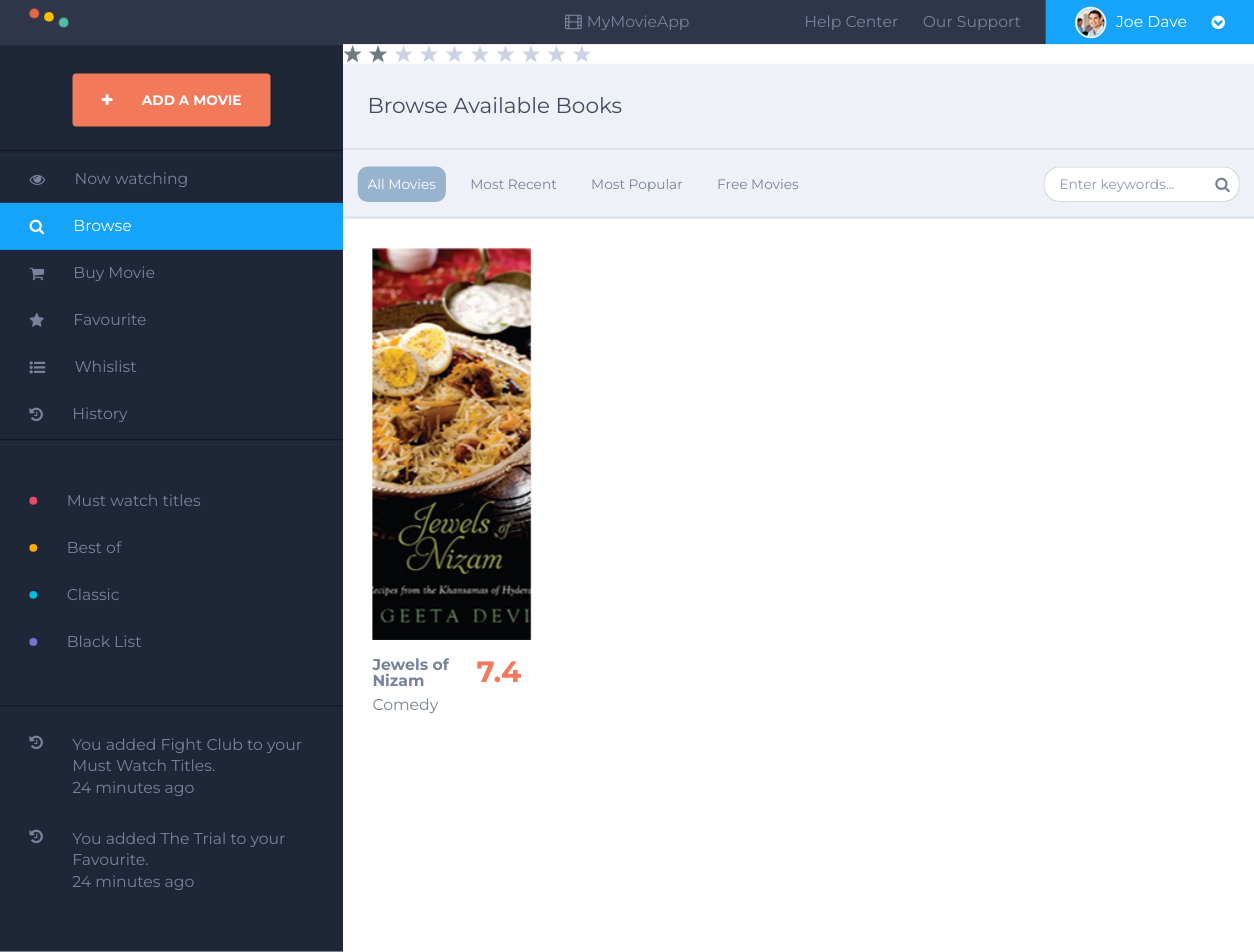
Repository: zyng/movie
Page: /
The author's editor kept a copy of each file at every save. The page is drawn from the files as they stood at one save, then again after the next save.
The browser window is 1280 px wide. The pictures show the whole page, at 98% of full size.
Some web libraries are served in a nearby version. The project was rebuilt for these pictures with package versions that can differ from the ones it lists, and the page was loaded fresh each time.

Above is the page before, as saved 2019-01-17 02:26:03.

### public/index.html
<!DOCTYPE html>
<html lang="en">

<head>
  <meta charset="UTF-8">
  <meta name="viewport" content="width=device-width, initial-scale=1.0">
  <meta http-equiv="X-UA-Compatible" content="ie=edge">
  <title>Document</title>
  <!-- <link rel="stylesheet" href="https://maxcdn.bootstrapcdn.com/bootstrap/4.0.0/css/bootstrap.min.css" integrity="sha384-Gn5384xqQ1aoWXA+058RXPxPg6fy4IWvTNh0E263XmFcJlSAwiGgFAW/dAiS6JXm"
    crossorigin="anonymous"> -->

  <link href="https://fonts.googleapis.com/css?family=Montserrat:400,700&amp;subset=latin-ext" rel="stylesheet">

</head>

<body>
  <div id="root"></div>





  <script src="https://code.jquery.com/jquery-3.2.1.slim.min.js" integrity="sha384-KJ3o2DKtIkvYIK3UENzmM7KCkRr/rE9/Qpg6aAZGJwFDMVNA/GpGFF93hXpG5KkN"
    crossorigin="anonymous"></script>
  <script src="https://cdnjs.cloudflare.com/ajax/libs/popper.js/1.12.9/umd/popper.min.js" integrity="sha384-ApNbgh9B+Y1QKtv3Rn7W3mgPxhU9K/ScQsAP7hUibX39j7fakFPskvXusvfa0b4Q"
    crossorigin="anonymous"></script>
  <script src="https://maxcdn.bootstrapcdn.com/bootstrap/4.0.0/js/bootstrap.min.js" integrity="sha384-JZR6Spejh4U02d8jOt6vLEHfe/JQGiRRSQQxSfFWpi1MquVdAyjUar5+76PVCmYl"
    crossorigin="anonymous"></script>
</body>

</html>

### src/index.js
import React from 'react';
import ReactDOM from 'react-dom';
import App from './components/App';
import 'bootstrap/dist/css/bootstrap.min.css';
import './css/style.css';
import 'font-awesome/css/font-awesome.min.css';
import * as serviceWorker from './serviceWorker';

ReactDOM.render(<App />, document.getElementById('root'));

serviceWorker.unregister();

### src/components/App.js
import React, { Component } from 'react';

import Header from './Header/Header';
import Navigation from './Navigation/Navigation';
import MainContent from './Main/Main';


class App extends Component {


  render() {
    return (
      <>
        <Header />

        <main>
          <Navigation />
          <MainContent />
        </main>

      </>
    );
  }
}

export default App;

### src/css/style.css
/* http://meyerweb.com/eric/tools/css/reset/
   v2.0 | 20110126
   License: none (public domain)
*/
html, body, div, span, applet, object, iframe, h1, h2, h3, h4, h5, h6, p, blockquote, pre, a, abbr, acronym, address, big, cite, code, del, dfn, em, img, ins, kbd, q, s, samp, small, strike, strong, sub, sup, tt, var, b, u, i, center, dl, dt, dd, ol, ul, li, fieldset, form, label, legend, table, caption, tbody, tfoot, thead, tr, th, td, article, aside, canvas, details, embed, figure, figcaption, footer, header, hgroup, menu, nav, output, ruby, section, summary, time, mark, audio, video { margin: 0; padding: 0; border: 0; font-size: 100%; font: inherit; vertical-align: baseline; }

/* HTML5 display-role reset for older browsers */
article, aside, details, figcaption, figure, footer, header, hgroup, menu, nav, section { display: block; }

body { line-height: 1; }

ol, ul { list-style: none; }

blockquote, q { quotes: none; }

blockquote:before, blockquote:after { content: ''; content: none; }

q:before, q:after { content: ''; content: none; }

table { border-collapse: collapse; border-spacing: 0; }

.header { display: -webkit-box; display: -ms-flexbox; display: flex; height: 45px; background-color: #2f364a; -webkit-box-align: center; -ms-flex-align: center; align-items: center; }

.header__logo { position: absolute; left: 30px; display: -webkit-box; display: -ms-flexbox; display: flex; }

.header__logo div { width: 10px; height: 10px; border-radius: 5px; -webkit-animation: jump .6s infinite; animation: jump .6s infinite; }

.header__logo div:not(:last-child) { margin-right: 5px; }

.header__logo .header__logo--red { background-color: #e76847; }

.header__logo .header__logo--yellow { background-color: #fabf00; -webkit-animation-delay: .1s; animation-delay: .1s; }

.header__logo .header__logo--green { background-color: #52bea6; -webkit-animation-delay: .2s; animation-delay: .2s; }

.header__title { position: absolute; left: 50%; -webkit-transform: translateX(-50%); -ms-transform: translateX(-50%); transform: translateX(-50%); }

.header__title i { margin-right: 5px; }

.header__title i:before { font-size: 16px; }

@media screen and (max-width: 1279px) { .header__title { position: static; margin-left: 140px; } }

.header__nav { position: absolute; right: 0; display: -webkit-box; display: -ms-flexbox; display: flex; -webkit-box-align: center; -ms-flex-align: center; align-items: center; }

.header__nav a { text-decoration: none; }

.header__nav > a { color: #78829d; position: relative; }

.header__nav > a:hover::after { content: ''; position: absolute; top: 50%; -webkit-transform: translateY(-50%); -ms-transform: translateY(-50%); transform: translateY(-50%); right: -15px; width: 8px; height: 8px; border-radius: 50%; background-color: rgba(25, 32, 46, 0.7); }

.header__nav .profile { padding: 0 30px; background-color: #15a4fa; height: 45px; display: -webkit-box; display: -ms-flexbox; display: flex; -webkit-box-align: center; -ms-flex-align: center; align-items: center; }

.header__nav .profile a { display: -webkit-box; display: -ms-flexbox; display: flex; -webkit-box-align: center; -ms-flex-align: center; align-items: center; }

.header__nav .profile__logo { width: 32px; height: 32px; border-radius: 16px; border: 2px solid #eef1f7; margin-right: 10px; }

.header__nav .profile__logo img { -o-object-fit: cover; object-fit: cover; width: 100%; height: 100%; border-radius: 50%; }

.header__nav .profile__name { color: #fff; }

.header__nav .profile i { margin-left: 25px; color: #fff; }

.header__nav > a { margin-right: 25px; }

@-webkit-keyframes jump { 0% { -webkit-transform: translateY(0); transform: translateY(0); }
  50% { -webkit-transform: translateY(-10px); transform: translateY(-10px); }
  100% { -webkit-transform: translateY(0); transform: translateY(0); } }

@keyframes jump { 0% { -webkit-transform: translateY(0); transform: translateY(0); }
  50% { -webkit-transform: translateY(-10px); transform: translateY(-10px); }
  100% { -webkit-transform: translateY(0); transform: translateY(0); } }

.menu { left: 0; background-color: #1f2637; min-height: 100vh; max-width: 350px; }

.menu__new-movie { display: -webkit-box; display: -ms-flexbox; display: flex; -webkit-box-pack: center; -ms-flex-pack: center; justify-content: center; -webkit-box-align: center; -ms-flex-align: center; align-items: center; padding: 30px 0; position: relative; }

.menu__new-movie button { min-width: 200px; padding: 20px 30px; border-radius: 4px; background-color: #f2795a; border: none; outline: none; color: #fff; text-transform: uppercase; font-weight: 700; font-size: 14px; }

.menu__new-movie button i { margin-right: 30px; }

.menu__new-movie button:hover { cursor: pointer; }

.menu__new-movie::after { content: ''; height: 6px; width: 100%; position: absolute; bottom: 0; border-bottom: 1px solid rgba(120, 130, 157, 0.1); border-top: 1px solid #141824; }

.menu__movie-search { display: -webkit-box; display: -ms-flexbox; display: flex; -webkit-box-orient: vertical; -webkit-box-direction: normal; -ms-flex-direction: column; flex-direction: column; padding: 0; position: relative; -webkit-box-sizing: border-box; box-sizing: border-box; }

.menu__movie-search a { height: 48px; width: 100%; display: -webkit-box; display: -ms-flexbox; display: flex; -webkit-box-align: center; -ms-flex-align: center; align-items: center; padding-left: 30px; }

.menu__movie-search a.active { background-color: #15a4fa; color: #fff; }

.menu__movie-search a:hover:not(.active) { background-color: #2f364a; color: #fff; }

.menu__movie-search i { margin-right: 30px; }

.menu__movie-search::after { content: ''; height: 6px; width: 100%; position: absolute; bottom: -7px; border-bottom: 1px solid rgba(120, 130, 157, 0.1); border-top: 1px solid #141824; }

.menu__personal-categories { display: -webkit-box; display: -ms-flexbox; display: flex; -webkit-box-orient: vertical; -webkit-box-direction: normal; -ms-flex-direction: column; flex-direction: column; position: relative; padding: 40px 0; -webkit-box-sizing: border-box; box-sizing: border-box; }

.menu__personal-categories a { padding-left: 30px; display: -webkit-box; display: -ms-flexbox; display: flex; -webkit-box-align: center; -ms-flex-align: center; align-items: center; height: 48px; }

.menu__personal-categories a::before { content: ''; width: 8px; height: 8px; position: relative; border-radius: 50%; display: block; margin-right: 30px; }

.menu__personal-categories a:nth-child(1)::before { background-color: #e64c66; }

.menu__personal-categories a:nth-child(2)::before { background-color: #ffab00; }

.menu__personal-categories a:nth-child(3)::before { background-color: #00bfdd; }

.menu__personal-categories a:nth-child(4)::before { background-color: #7874cf; }

.menu__personal-categories a:hover { background-color: #2f364a; }

.menu__personal-categories::after { content: ''; height: 6px; width: 100%; position: absolute; bottom: -7px; border-bottom: 1px solid rgba(120, 130, 157, 0.1); border-top: 1px solid #141824; }

.menu__history { display: -webkit-box; display: -ms-flexbox; display: flex; -webkit-box-orient: vertical; -webkit-box-direction: normal; -ms-flex-direction: column; flex-direction: column; padding: 30px; }

.menu__history .history__notification { display: -webkit-box; display: -ms-flexbox; display: flex; margin-bottom: 30px; font-weight: 300; }

.menu__history .history__notification i { margin-right: 30px; }

.menu__history .history__notification .notification__description { display: -webkit-box; display: -ms-flexbox; display: flex; -webkit-box-orient: vertical; -webkit-box-direction: normal; -ms-flex-direction: column; flex-direction: column; line-height: 22px; }

.menu__history .history__notification .notification__description span { font-weight: 500; }

.main__content { width: 100%; }

.main__header { background-color: #eef1f7; }

.main__header .main__title { font-size: 22px; line-height: 26px; color: #444c63; padding: 30px 0 30px 25px; border-bottom: 2px solid #dadfea; }

.main__actions-bar { padding: 15px; border-top: 2px solid #f4f6fa; display: -webkit-box; display: -ms-flexbox; display: flex; -webkit-box-pack: justify; -ms-flex-pack: justify; justify-content: space-between; border-bottom: 2px solid #dadfea; }

.main__actions-bar .main__filters { display: -webkit-box; display: -ms-flexbox; display: flex; }

.main__actions-bar .main__filters li:not(:last-child) { margin-right: 15px; }

.main__actions-bar .main__filters li { font-size: 14px; font-weight: 500; padding: 6px 10px; -webkit-transition: background-color .3s; -o-transition: background-color .3s; transition: background-color .3s; display: -webkit-box; display: -ms-flexbox; display: flex; -webkit-box-align: center; -ms-flex-align: center; align-items: center; border-radius: 10px; }

.main__actions-bar .main__filters li.active, .main__actions-bar .main__filters li:hover { cursor: pointer; background-color: #97b3ce; color: #fff; }

.main__actions-bar label { position: relative; }

.main__actions-bar label input { padding: 8px 15px; width: 200px; border-radius: 16px; background-color: #ffffff; border: 1px solid rgba(140, 151, 178, 0.4); font-size: 14px; -o-text-overflow: ellipsis; text-overflow: ellipsis; padding-right: 50px; -webkit-transition: width .3s; -o-transition: width .3s; transition: width .3s; }

.main__actions-bar label input::-webkit-input-placeholder { /* Chrome, Firefox, Opera, Safari 10.1+ */ color: #8c97b2; opacity: 1; /* Firefox */ }

.main__actions-bar label input:-ms-input-placeholder { /* Chrome, Firefox, Opera, Safari 10.1+ */ color: #8c97b2; opacity: 1; /* Firefox */ }

.main__actions-bar label input::-ms-input-placeholder { /* Chrome, Firefox, Opera, Safari 10.1+ */ color: #8c97b2; opacity: 1; /* Firefox */ }

.main__actions-bar label input::placeholder { /* Chrome, Firefox, Opera, Safari 10.1+ */ color: #8c97b2; opacity: 1; /* Firefox */ }

.main__actions-bar label input:-ms-input-placeholder { /* Internet Explorer 10-11 */ color: #8c97b2; }

.main__actions-bar label input::-ms-input-placeholder { /* Microsoft Edge */ color: #8c97b2; }

.main__actions-bar label input:focus { outline: none; width: 400px; }

.main__actions-bar label i { position: absolute; right: 10px; top: 50%; -webkit-transform: translateY(-50%); -ms-transform: translateY(-50%); transform: translateY(-50%); }

.movies { display: -webkit-box; display: -ms-flexbox; display: flex; -ms-flex-wrap: wrap; flex-wrap: wrap; width: 100%; padding: 30px 0 0 30px; }

.movie { margin-right: 2%; margin-bottom: 2%; width: 18%; }

.movie__content { position: relative; overflow: hidden; }

.movie__content img { width: 100%; height: 400px; -o-object-fit: cover; object-fit: cover; }

.movie__content .movie__rate { display: -webkit-box; display: -ms-flexbox; display: flex; -webkit-box-orient: vertical; -webkit-box-direction: normal; -ms-flex-direction: column; flex-direction: column; position: absolute; bottom: 10%; left: 50%; -webkit-transform: translateX(-50%); -ms-transform: translateX(-50%); transform: translateX(-50%); width: 100%; -webkit-box-pack: center; -ms-flex-pack: center; justify-content: center; -webkit-box-align: center; -ms-flex-align: center; align-items: center; }

.movie__content .movie__rate span { font-weight: 700; color: #fff; margin-bottom: 10px; }

.movie__content:hover .movie__actions { display: block; }

.movie__content:hover .movie__action a { -webkit-animation: entry .6s; animation: entry .6s; -webkit-animation-fill-mode: forwards; animation-fill-mode: forwards; }

.movie__content:hover .movie__action:nth-child(2) a { -webkit-animation-delay: .2s; animation-delay: .2s; }

.movie__content:hover .movie__action:nth-child(3) a { -webkit-animation-delay: .4s; animation-delay: .4s; }

.movie__content:hover .movie__action:nth-child(4) a { -webkit-animation-delay: .6s; animation-delay: .6s; }

.movie__content .movie__actions { position: absolute; top: 0; left: 0; width: 100%; height: 100%; z-index: 1; display: none; }

.movie__content .movie__actions .movie__add { position: absolute; top: 10px; left: 20px; display: -webkit-box; display: -ms-flexbox; display: flex; -webkit-box-orient: vertical; -webkit-box-direction: normal; -ms-flex-direction: column; flex-direction: column; }

.movie__content .movie__actions .movie__goto { position: absolute; top: 60%; left: 50%; -webkit-transform: translate(-50%, -50%); -ms-transform: translate(-50%, -50%); transform: translate(-50%, -50%); border: 1px solid #78829d; background-color: #2f364a; border-radius: 10px; padding: 7px 25px; white-space: nowrap; -webkit-transition: .3s all; -o-transition: .3s all; transition: .3s all; font-weight: 700; }

.movie__content .movie__actions .movie__goto:hover { background-color: #fff; color: #2f364a; }

.movie__content .movie__action { -webkit-box-align: center; -ms-flex-align: center; align-items: center; margin-bottom: 25px; cursor: pointer; display: -webkit-box; display: -ms-flexbox; display: flex; position: relative; }

.movie__content .movie__action:nth-child(1) a { background-color: #e64c66; }

.movie__content .movie__action:nth-child(2) a { background-color: #ffab00; }

.movie__content .movie__action:nth-child(3) a { background-color: #00bfdd; }

.movie__content .movie__action:nth-child(4) a { background-color: #7874cf; }

.movie__content .movie__action a { display: block; width: 20px; height: 20px; border-radius: 50%; margin-right: 20px; position: relative; left: -50px; }

.movie__content .movie__action:hover span { width: 160px; }

.movie__content .movie__action span { width: 0; overflow: hidden; color: #fff; -webkit-transition: .3s all; -o-transition: .3s all; transition: .3s all; white-space: nowrap; font-weight: 500; }

.movie__content:hover::after { content: ''; position: absolute; top: 0; left: 0; width: 100%; height: 100%; background-color: rgba(0, 0, 0, 0.7); }

.movie__description { display: -webkit-box; display: -ms-flexbox; display: flex; -webkit-box-pack: justify; -ms-flex-pack: justify; justify-content: space-between; padding-top: 15px; }

.movie__title-category { display: -webkit-box; display: -ms-flexbox; display: flex; -webkit-box-orient: vertical; -webkit-box-direction: normal; -ms-flex-direction: column; flex-direction: column; }

.movie__title-category .movie__title { font-weight: 700; margin-bottom: 8px; }

.movie__title-category .movie__category { font-weight: 100; }

.movie .movie__rating { font-weight: 700; font-size: 30px; margin-right: 10px; color: #f2795a; }

@-webkit-keyframes entry { 0% { left: -50px; }
  100% { left: 0; } }

@keyframes entry { 0% { left: -50px; }
  100% { left: 0; } }

body { color: #78829d; font-family: "Montserrat", sans-serif; font-size: 16px; }

a { color: #78829d; }

a:hover { color: #78829d; text-decoration: none; }

main { display: -webkit-box; display: -ms-flexbox; display: flex; }

### src/components/Header/Header.js
import React, { Component } from 'react';
import avatar from '../../img/avatar-01.png';

class Header extends Component {




    render() {
        return (
            <header className='header'>
                <a href="/" className="header__logo">
                    <div className="header__logo--red"></div>
                    <div className="header__logo--yellow"></div>
                    <div className="header__logo--green"></div>
                </a>
                <div className="header__title">
                    <i className="fa fa-film"></i>
                    <span>MyMovieApp</span>
                </div>
                <nav className="header__nav">
                    <a href="/">Help Center</a>
                    <a href="/">Our Support</a>
                    <div className="profile">
                        <a href="/">
                            <div className="profile__logo"><img src={avatar} alt="user avatar" /></div>
                            <div className="profile__name">Joe Dave</div>
                            <i className="fa fa-chevron-circle-down"></i>
                        </a>
                    </div>
                </nav>

            </header>
        );
    }
}

export default Header;

### src/components/Main/Main.js
import React, { Component } from 'react';
import avatar from '../../img/movie1.png';
import StarRatings from 'react-star-ratings';


class MainContent extends Component {



    render() {
        return (


            <section className="main__content">

                <StarRatings
                    rating={2}
                    starDimension="20px"
                    starSpacing="3px"
                    numberOfStars={10}
                />
                <header className="main__header">
                    <div className="main__title">Browse Available Books</div>
                    <div className="main__actions-bar">
                        <ul className="main__filters">
                            <li className="active">All Movies</li>
                            <li>Most Recent</li>
                            <li>Most Popular</li>
                            <li>Free Movies</li>
                        </ul>
                        <label htmlFor="search-movi">
                            <input type="text" id="search-movie" placeholder="Enter keywords..." />
                            <i className="fa fa-search"></i>
                        </label>
                    </div>
                </header>

                <section className="">

                    <div className="movies">

                        <div className="movie">
                            <div className="movie__content">
                                <img src={avatar} alt="" />
                                <div className="movie__actions">
                                    <div className="movie__add">
                                        <div className="movie__action"><a href=""></a><span>Add to Must watch</span></div>
                                        <div className="movie__action"><a href=""></a><span>Add to Best of</span></div>
                                        <div className="movie__action"><a href=""></a><span>Add to Classic</span></div>
                                        <div className="movie__action"><a href=""></a><span>Add to Black list</span></div>
                                    </div>
                                    <a href='/' className='movie__goto'>Check Movie</a>
                                </div>
                            </div>
                            <div className="movie__description">
                                <div className="movie__title-category">
                                    <span className="movie__title">Jewels of Nizam</span>
                                    <span className="movie__category">Comedy</span>
                                </div>
                                <div className="movie__rating">7.4</div>
                            </div>
                        </div>


                    </div>


                </section>

            </section>

        );
    }
}

export default MainContent;

Loaded but not shown: src/serviceWorker.js (common file); src/components/Navigation/Navigation.js (50 lines, source omitted)

After the next save:
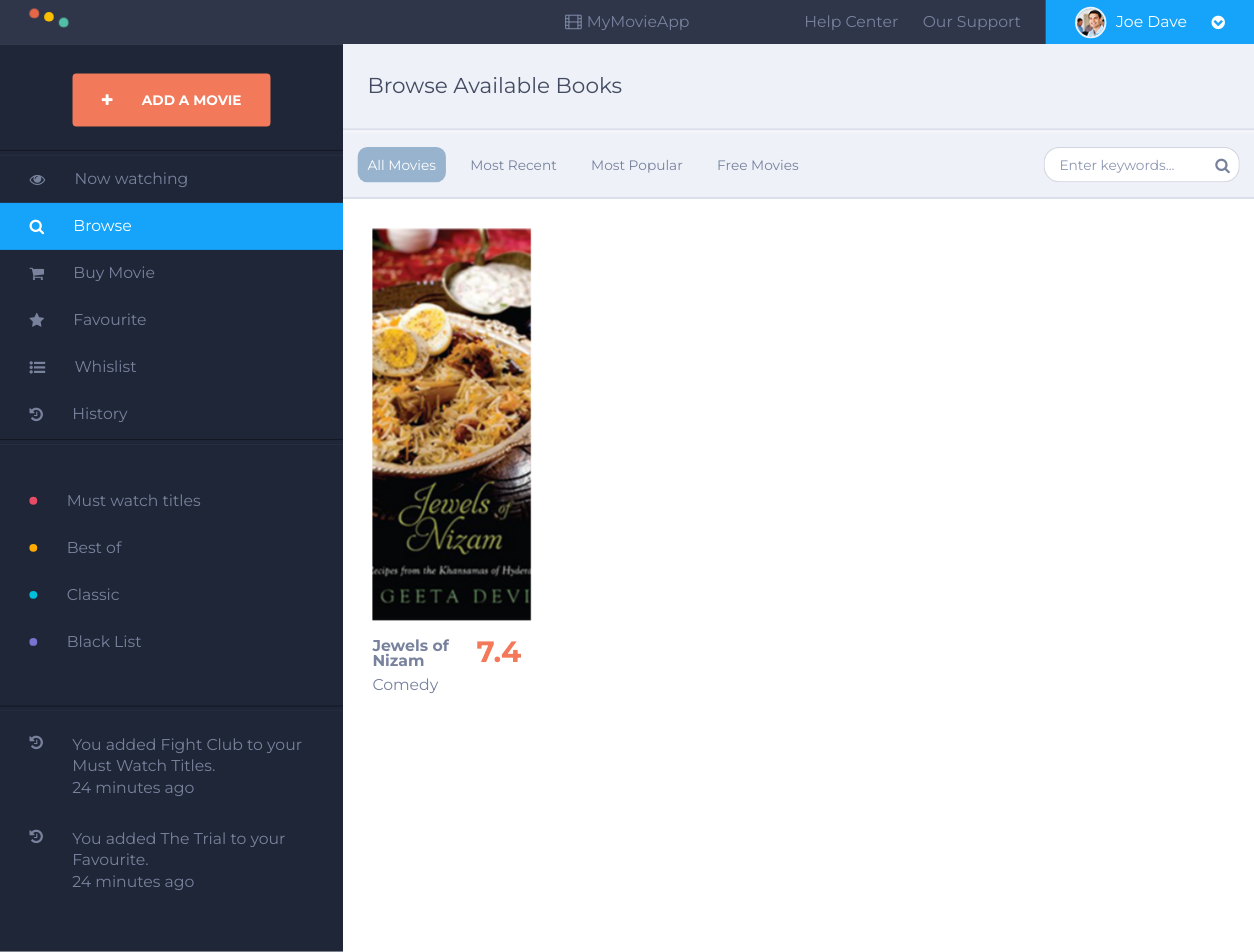
Saved 18 s later.
--- a/src/components/Main/Main.js
+++ b/src/components/Main/Main.js
@@ -13,12 +13,7 @@
 
             <section className="main__content">
 
-                <StarRatings
-                    rating={2}
-                    starDimension="20px"
-                    starSpacing="3px"
-                    numberOfStars={10}
-                />
+
                 <header className="main__header">
                     <div className="main__title">Browse Available Books</div>
                     <div className="main__actions-bar">
@@ -50,6 +45,12 @@
                                         <div className="movie__action"><a href=""></a><span>Add to Black list</span></div>
                                     </div>
                                     <a href='/' className='movie__goto'>Check Movie</a>
+                                    <StarRatings
+                                        rating={2}
+                                        starDimension="20px"
+                                        starSpacing="3px"
+                                        numberOfStars={10}
+                                    />
                                 </div>
                             </div>
                             <div className="movie__description">
